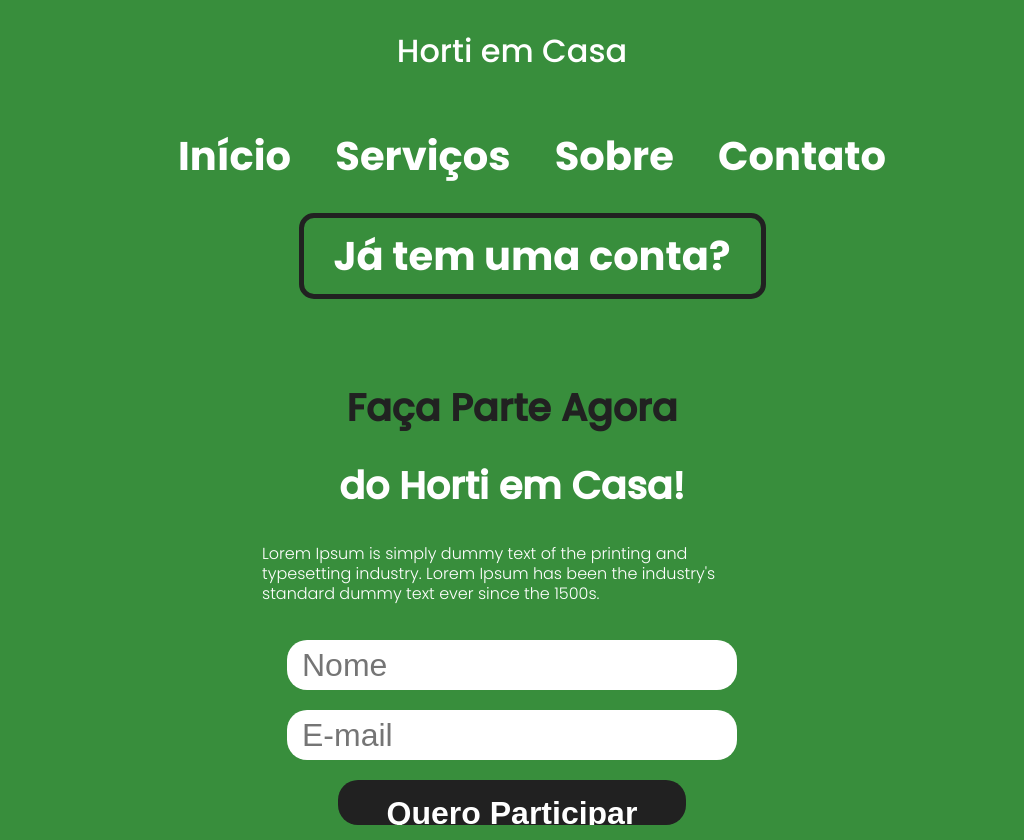
Repository: gabrielcastroo/horti-em-casa
Page: index.html
These files come from the project's save history. The page is drawn as it stood at one moment and after the next save; the edit follows.
The browser window is 1024 px wide. The pictures show the whole page.

Above is the page before, as saved 2022-04-26 12:22:57.

### index.html
<!DOCTYPE html>
<html lang="pt-br">
<head>
    <meta charset="UTF-8">
    <meta http-equiv="X-UA-Compatible" content="IE=edge">
    <link href="styles/style.css" rel="stylesheet">
    <link href="styles/fonts.css" rel="stylesheet">
    <link href="/styles/media.css" rel="stylesheet">
    <title>Horti em Casa</title>
</head>
<body>
    <header>
        <div>
            <h1>
                Horti em Casa
            </h1>
        </div>

        <ul>
            <a href="#"><li>Início</li></a>
            <a href="#"><li>Serviços</li></a>
            <a href="#"><li>Sobre</li></a>
            <a href="#"><li>Contato</li></a>
            <a href="#" id="inscrever"><li>Já tem uma conta?</li></a>
        </ul>
    </header>

    <main>
        <aside>
            <h2>
                <span>
                    Faça Parte Agora
                </span>
            </h2>
            <h2>
                do Horti em Casa!
            </h2>
            <p>
                Lorem Ipsum is simply dummy text of the printing and typesetting industry. Lorem Ipsum has been the industry's standard dummy text ever since the 1500s.
            </p>
            <form>
                <input type = "text" id = "name" placeholder = "Nome">
                <input type = "email" id = "email" placeholder = "E-mail">
                <input type = "submit" value = "Quero Participar" id="submit">
            </form>
        </aside>

        <article>
            <img src="components/images/legumes.png" alt = "legumes">
        </article>
    </main>
    <script src="js/script.js"></script>
</body>
</html>

### styles/style.css
body{
    /* background-color: rgba(#388E3C); */
    background-color: rgb(56, 142, 60);
    color: white;
    font-family: poppinsregular;
    max-Width: 1200px;
    margin: 0 auto;
    padding: 15px;
}

aside {
    display: flex;
    align-items: center;
    flex-direction: column;
}

header {
    display: flex; /* disposição dos elementos*/
    flex-direction: row;
    justify-content: space-between;
    align-items: center;

}

#title {
    flex-direction: column;
    line-height: 10px;

}

li{
    display: inline-block;
    margin: 20px;
}

a{
    color: white;
    font-family: poppinsbold;
}

a:hover {
    color: rgb(33, 33, 33);
    transition: 0.3s all;
}

#inscrever {
    border: 5px solid rgb(33, 33, 33);
    padding:10px;
    border-radius: 15px;
}

#inscrever:hover {
    background-color: rgb(33, 33, 33);
    color: white;
}

h1 {
    font-weight: 400;
    font-family: poppinsmedium;
}

h2{
    font-size: 50px;
    line-height: 15px;
    font-family: poppinsmedium;
}

main {
    display: flex; /* disposição dos elementos*/
    flex-direction: row;
    margin-top: 50px;
}

span{
    color: rgb(33, 33, 33)
}

p{
    line-height: 20px;
    max-width: 500px;
    font-family: poppinslight;
}

img {
    width: 380px;
    padding-left: 250px;
}

form {
    display: flex;
    flex-direction: column;
    width: 70%;
}

#submit {
    height: 20px;
    width: 50%;
    background-color: rgb(33,33,33);
    color: white;
    font-weight: bold;
    padding-bottom: 30px;
}

#submit:hover {
    cursor: pointer;
}

input {
    margin-top: 20px;
    height: 20px;
    padding: 15px;
    border-radius: 20px;
    border: none;
    font-size: 15px;
}

### styles/fonts.css
@font-face {
    font-family: 'poppinsblack';
    src: url('../components/fonts/poppins-black-webfont.woff2') format('woff2'),
         url('../components/fonts/poppins-black-webfont.woff') format('woff');
    font-weight: normal;
    font-style: normal;

  }




  @font-face {
    font-family: 'poppinsbold';
    src: url('../components/fonts/poppins-bold-webfont.woff2') format('woff2'),
         url('../components/fonts/poppins-bold-webfont.woff') format('woff');
    font-weight: normal;
    font-style: normal;

  }


  @font-face {
    font-family: 'poppinslight';
    src: url('../components/fonts/poppins-light-webfont.woff2') format('woff2'),
         url('../components/fonts/poppins-light-webfont.woff') format('woff');
    font-weight: normal;
    font-style: normal;

  }


  @font-face {
    font-family: 'poppinsmedium';
    src: url('../components/fonts/poppins-medium-webfont.woff2') format('woff2'),
         url('../components/fonts/poppins-medium-webfont.woff') format('woff');
    font-weight: normal;
    font-style: normal;

  }

  @font-face {
    font-family: 'poppinsregular';
    src: url('../components/fonts/poppins-regular-webfont.woff2') format('woff2'),
         url('../components/fonts/poppins-regular-webfont.woff') format('woff');
    font-weight: normal;
    font-style: normal;

  }

  @font-face {
    font-family: 'poppinssemibold';
    src: url('../components/fonts/poppins-semibold-webfont.woff2') format('woff2'),
         url('../components/fonts/poppins-semibold-webfont.woff') format('woff');
    font-weight: normal;
    font-style: normal;

  }

### styles/media.css
@media screen and (max-width: 1148px){

    a {
        font-size: 2.5em;
    }

    header{
        flex-direction: column;
    }

    main{
        flex-direction: column;
    }

    h2{
        font-size:38px;
    }

    form{
        margin: 0 auto;

    }

    input{
        align-self: center;
        font-size: 2em;
        height: 5em,
    }

    img{
        display: none;
    }

    ul {
        text-align: center;
    }
}

### js/script.js
var input = document. querySelector("#submit");


input.addEventListener("click", function(e) {

    const name = document.querySelector("#name").value;
    const email = document.querySelector("#email").value;

    console.log(name + email)

})

After the next save:
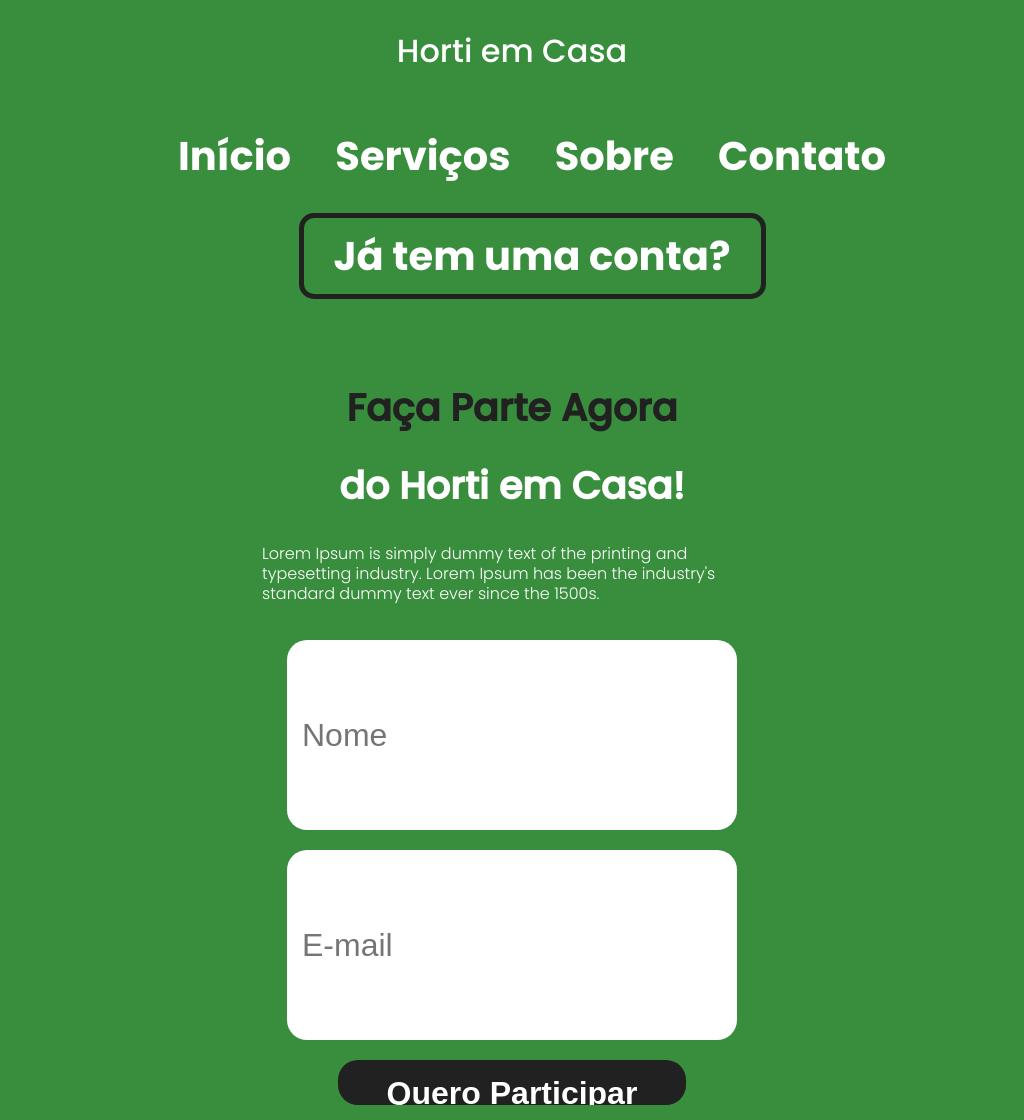
Saved 4 s later.
--- a/styles/media.css
+++ b/styles/media.css
@@ -24,7 +24,7 @@
     input{
         align-self: center;
         font-size: 2em;
-        height: 5em,
+        height: 5em;
     }
 
     img{
